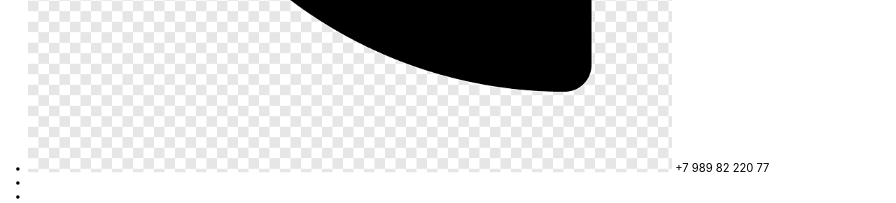
Repository: Vahe4836/new-project--Vahe
Page: /
An editor plug-in stored every save of this project. The page is shown before and after a run of saves, followed by the edit.
The browser window is 1280 px wide. The pictures show the part of the page from y = 690 to 2610 px (the page is 980 px tall before and 2788 px after), at 70% of full size.
The project was rebuilt for these pictures with package versions that can differ from the ones it lists, and the page was loaded fresh each time. Also part of the build but not shown: src/App.css.

Above is the page before, as saved 2022-02-25 14:00:51.

### public/index.html
<!DOCTYPE html>
<html lang="en">
  <head>
    <meta charset="utf-8" />
    <link rel="icon" href="%PUBLIC_URL%/favicon.ico" />
    <meta name="viewport" content="width=device-width, initial-scale=1" />
    <meta name="theme-color" content="#000000" />
    <meta
      name="description"
      content="Web site created using create-react-app"
    />
    <link rel="apple-touch-icon" href="%PUBLIC_URL%/logo192.png" />
    <!--
      manifest.json provides metadata used when your web app is installed on a
      user's mobile device or desktop. See https://developers.google.com/web/fundamentals/web-app-manifest/
    -->
    <link rel="manifest" href="%PUBLIC_URL%/manifest.json" />
    <!--
      Notice the use of %PUBLIC_URL% in the tags above.
      It will be replaced with the URL of the `public` folder during the build.
      Only files inside the `public` folder can be referenced from the HTML.

      Unlike "/favicon.ico" or "favicon.ico", "%PUBLIC_URL%/favicon.ico" will
      work correctly both with client-side routing and a non-root public URL.
      Learn how to configure a non-root public URL by running `npm run build`.
    -->
    <title>Золотая колесница</title>
  </head>
  <body>
    <noscript>You need to enable JavaScript to run this app.</noscript>
    <div id="root"></div>
    <!--
      This HTML file is a template.
      If you open it directly in the browser, you will see an empty page.

      You can add webfonts, meta tags, or analytics to this file.
      The build step will place the bundled scripts into the <body> tag.

      To begin the development, run `npm start` or `yarn start`.
      To create a production bundle, use `npm run build` or `yarn build`.
    -->
  </body>
</html>

### src/App.js
import React from 'react';
import './App.css';
import Header from './Layouts/Header/Header';

function App() {
  return (
    <Header />
  )

}

export default App;

### src/Layouts/Header/Header.jsx
import React from "react";
import style from "./Header.module.scss";
import geo from "../../Images/Geo.png"
import mail from "../../Images/mail.png"
import tel  from "../../Images/Tel.png"

export default function Header() {
  return(
      <div className={style.adressbox}>
         <ul>
             <li> <img src={tel} alt="" />   +7 989 82 220 77  </li>
             <li>  </li>
             <li></li>
         </ul>
      </div>
  )
}

### src/Layouts/Header/Header.module.scss
.adressbox{
    width: 100%;
    height: 70px;
    background-color: #004242;
}

Loaded but not shown: src/index.js (common file); src/index.css (common file); src/reportWebVitals.js (common file)

After the next 2 saves:
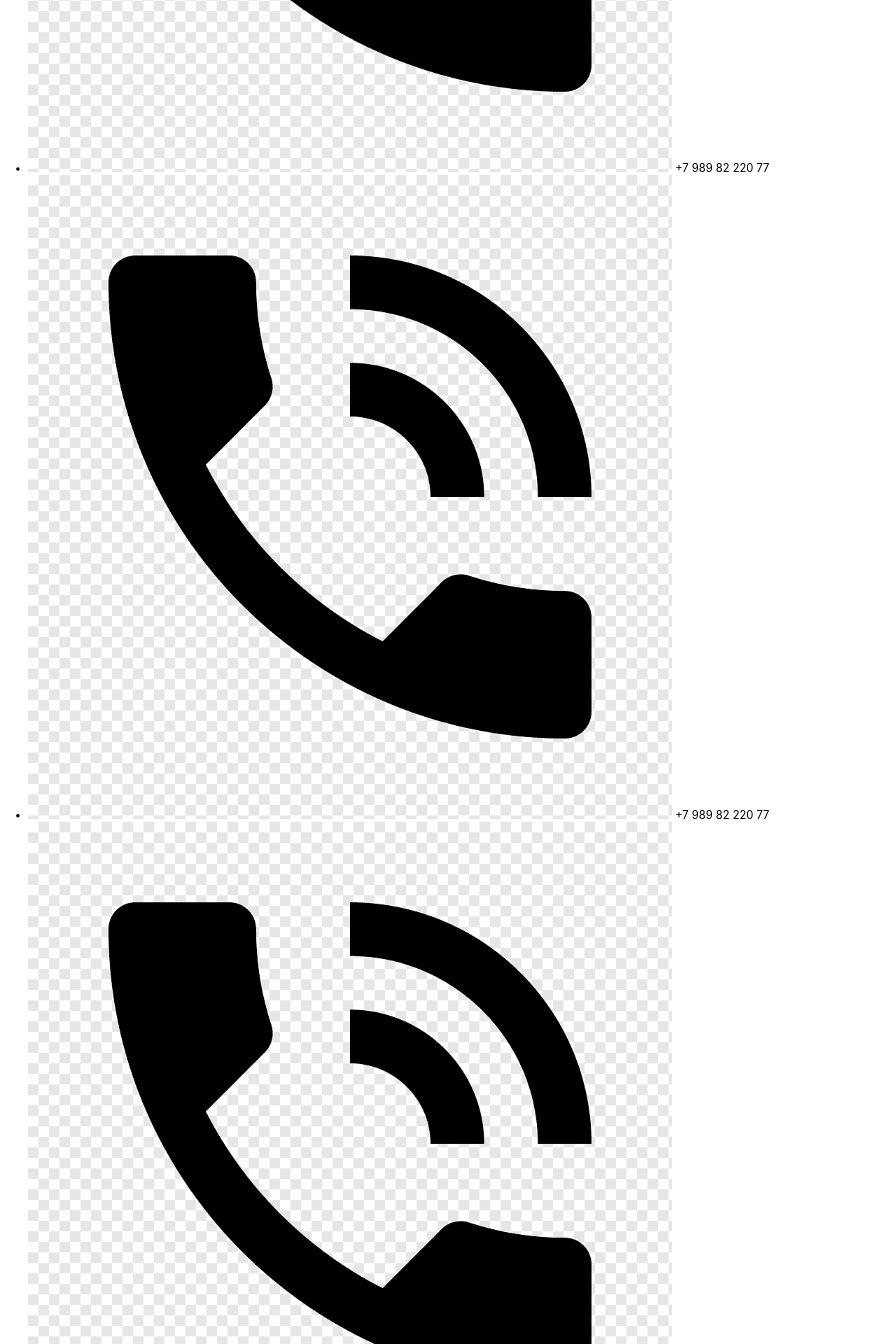
The 2 saves are shown as one change because they came seconds apart.
The last was saved 10 s later.
--- a/src/Layouts/Header/Header.jsx
+++ b/src/Layouts/Header/Header.jsx
@@ -9,8 +9,8 @@
       <div className={style.adressbox}>
          <ul>
              <li> <img src={tel} alt="" />   +7 989 82 220 77  </li>
-             <li>  </li>
-             <li></li>
+             <li> <img src={tel} alt="" />   +7 989 82 220 77  </li>
+             <li> <img src={tel} alt="" />   +7 989 82 220 77  </li>
          </ul>
       </div>
   )
